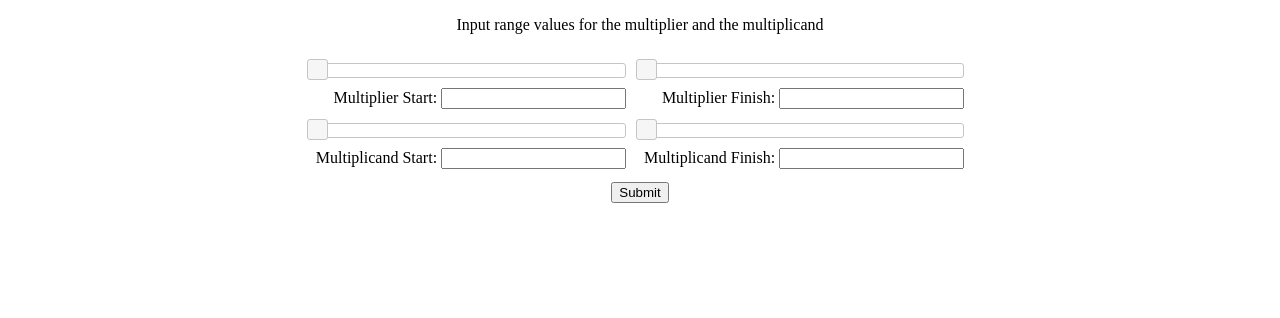
Repository: khrasna/HW4Part2
Page: index.html
The author's editor kept a copy of each file at every save. The page is drawn from the files as they stood at one save, then again after the next save.
The browser window is 1280 px wide. The pictures show the whole page.
Some web libraries are served in a nearby version.

Above is the page before, as saved 2021-11-13 16:27:24.

### index.html
<!-- HTML file for Assignment 3
By Karsten Hrasna  email Karsten_Hrasna@student.uml.edu-->
<!DOCTYPE html>
<html>

<head>
    <title>Multiplication Table</title>
    <link rel="stylesheet" href="style.css">
    <script src="https://ajax.googleapis.com/ajax/libs/jquery/3.5.1/jquery.min.js"></script>
    <script src="dist/jquery.validate.min.js"></script>
    <script src="formvalidate.js"></script>
    <script src="https://ajax.googleapis.com/ajax/libs/jqueryui/1.11.4/jquery-ui.min.js"></script>
    <link rel="stylesheet" href="https://ajax.googleapis.com/ajax/libs/jqueryui/1.11.4/themes/smoothness/jquery-ui.css">
</head>

<body>
    <p>Input range values for the multiplier and the multiplicand</p>
    <div id="container">
        <!-- Learned from W3schools. Creates a form which takes number ranges for multiplier and multiplicand. -->

        <form id="FormInput" action="javascript:void(0);" method="get"> <!--Learned about javascript:void(0) from Dutchie432 at https://stackoverflow.com/questions/1818249/form-with-no-action-and-where-enter-does-not-reload-page-->
            <table>
                <tr>

                    <td class="pad">
                        <div id="slider-1"></div>
                        Multiplier Start: <input input="text" name="MultiplierStart">
                    </td>

                    <td>
                        <div id="slider-2"></div>
                        Multiplier Finish: <input type="text" name="MultiplierFinish">
                    </td>
                </tr>
                <tr>
                    <td class="pad">
                        <div id="slider-3"></div>
                        Multiplicand Start: <input type="text" name="MultiplicandStart">
                    </td>

                    <td>
                        <div id="slider-4"></div>
                        Multiplicand Finish: <input type="text" name="MultiplicandFinish">
                    </td>
                </tr>
            </table>
            <input type="submit" value="Submit"> <!--goes directly under form and processes the input to create a mult table-->
        </form>
    </div>


</body>

</html>

### style.css
/*Created by Karsten Hrasna. email: Karsten_Hrasna@student.uml.edu*/
html,
body {
    height: 97%;
    text-align: center;
}

#slider-1,
#slider-2,
#slider-3,
#slider-4 {
    margin-bottom: 10px;
    margin-top: 10px;
}

div#container {
    display: grid;
    grid-template-columns: 100%;
    /* top row of grid holds the form for input, the rest of page holds the multiplication table*/
    grid-template-rows: minmax(90px, 15%) auto;
    height: 97%;

}

#multTable {
    margin: auto;
    border-collapse: separate;
    border-spacing: 0;
    grid-row: 2;
    /*the dynamically sized multiplication table */
    margin-top: 0px;
    border-bottom: 0px;

}

input[type=submit] {
    /* submit button under form spaced here */
    margin-top: 10px;
    margin-bottom: 0px;
}

#multTable td,
th {
    border: solid;
    border-color: black;
    min-width: 70px;
    font-size: 30px;
    height: 70px;
}


#multTable th {
    position: sticky;
    top: 0px;
    border-right: solid;
    border-right-color: white;
    border-bottom: solid;
    border-bottom-color: white;
    background-color: black;
    color: white;

}

#multTable th:first-child {
    position: sticky;
    top: 70px;
    left: 0;
}


.sticky {
    position: fixed;
    top: 0px;
    /* get the headers to stay fixed on mult table */
    width: 100%;
}

#multTable tr:first-child th:first-child {
    border: none;
    background-color: white;
}

#multTable p.inputError {
    margin: 0px;
}

form {
    grid-row: 1;
    margin-bottom: 0px;
}

table {
    margin-left: auto;
    margin-right: auto;
}

form td {
    text-align: right;
    justify-content: right;
    border: 20px;

    /*line up the input form textboxes*/
}

form p {
    margin: 0px;
}

td.pad {
    padding-right: 15px;
}

### formvalidate.js
$(function () {

    $("#slider-1").slider();
    $("#slider-2").slider();
    $("#slider-3").slider();
    $("#slider-4").slider();

    $.validator.addMethod("less", function (value, element, params) {
        return this.optional(element) || value <= params[0].value; //checks to make sure that the starts are less than the finishes, learned from
    });                                                           // https://jqueryvalidation.org/jQuery.validator.addMethod/

    var valid = $('input[value="Submit"]').on("click", function () {
        $("#multTable").remove();

        $("#FormInput").validate({
            onkeyup: false,     //this makes it so the validator doesnt update the error messages whenever new input is typed. only validates when submit is hit.
            onfocusout: false,  //learned about onkeyup, and onfocusout at https://www.sitepoint.com/jquery-validation-validate-form-submit/
            rules: {
                MultiplierStart: {
                    digits: true,
                    less: $('input[name="MultiplierFinish"]'),
                    required: true,
                    range: [-50, 50]
                },
                MultiplierFinish: {
                    required: true,
                    digits: true,
                    range: [-50, 50]
                },

                MultiplicandStart: {
                    digits: true,
                    less: $('input[name="MultiplicandFinish"]'),
                    required: true,
                    range: [-50, 50]
                },

                MultiplicandFinish: {
                    digits: true,
                    required: true,
                    range: [-50, 50]
                }
            },

            messages: {
                MultiplierStart: {
                    digits: "Multiplier Start must be a digit",
                    required: "Multiplier Start must be a digit between -50 and 50",
                    range: "The range of Multiplier Start must stay within -50 and 50",
                    less: "The value of Multiplier Start must be less than or equal to Multiplier Finish."
                },

                MultiplierFinish: {
                    digits: "Multiplier Finish must be a digit",
                    required: "Multiplier Finish must be a digit between -50 and 50",
                    range: "The range of Multiplier Finish must stay within -50 and 50",
                },

                MultiplicandStart: {
                    digits: "Multiplicand Start must be a digit",
                    required: "Multiplicand Start must be a digit between -50 and 50",
                    range: "The range of Multiplicand Start must stay within -50 and 50",
                    less: "The value of Multiplicand Start must be less than or equal to Multiplicand Finish."
                },

                MultiplicandFinish: {
                    digits: "Multiplicand Finish must be a digit",
                    required: "Multiplicand Finish must be a digit between -50 and 50",
                    range: "The range of Multiplicand Finish must stay within -50 and 50",
                }
            },

            errorPlacement: function (error, element) {
                $(error).appendTo($(('#FormInput')));
            },
            errorElement: "p"

        });

        if ($("#FormInput").valid()) {
            process();
        }

    });

});

function process() {
    debugger;
    var multStart = $('input[name="MultiplierStart"]').val();
    var multFinish = $('input[name="MultiplierFinish"]').val();
    var multiplicandStart = $('input[name="MultiplicandStart"]').val();
    var multiplicandFinish = $('input[name="MultiplicandFinish"]').val();


    if (document.getElementById("multTable")) { //remove old table
            var old = document.getElementById("multTable");
            old.remove();
    };

     //clear old table and create a table with size based on input given
        const top = [];
        const left = []; //these will hold the values of the multiplier and multiplicand
        var rows = multFinish - multStart;
        var cols = multiplicandFinish - multiplicandStart;
        var d = document.getElementById("container");
        for (var i = 0; i <= rows; i++) {
            left[i] = (+multiplicandStart + +i); //the + before variable name turns them into integers for addition
        }
        for (var i = 0; i <= cols; i++) {
            top[i] = (+multStart + +i);
        }
        var table = createTable(rows, cols, top, left); //create table based on total rows and cols, and top and left are the sets of multipliers and multiplicands
        table.id = "multTable";
        d.append(table);
}

function createTable(rows, cols, top, left) {
    var t = document.createElement('table');
    for (var x = 0; x <= rows + 1; x++) { // rows and cols + 1 to indicate ranges of numbers
        var r = document.createElement('tr');
        t.appendChild(r);
        for (var y = 0; y <= cols + 1; y++) {   //creates the cols of the table row by row
            if (x == 0) {
                var c = document.createElement('th'); //create and insert element based on position in table
                c.id = "topHeader";
                if (y != 0) {
                    c.innerHTML = top[y - 1]; // - 1 because it is moved over 1 to the right
                }
            } else if (y == 0) {
                var c = document.createElement('th');
                if (x != 0) {
                    c.innerHTML = left[x - 1];
                }
            } else {
                var c = document.createElement('td');
                c.innerHTML = top[y - 1] * left[x - 1];
                if (((y % 2) + (x % 2)) == 0 || ((y % 2) + (x % 2)) == 2) { // checker board effect
                    c.style.backgroundColor = "gray";
                }

            }
            r.appendChild(c);
        }
    }

    return t;
}

Loaded but not shown: dist/jquery.validate.min.js (library)

After the next save:
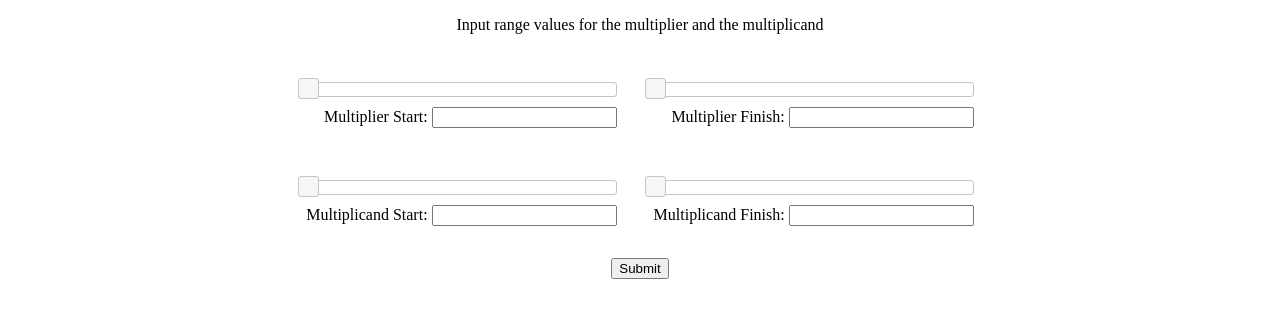
Saved 4 s later.
--- a/style.css
+++ b/style.css
@@ -97,7 +97,7 @@ table {
 form td {
     text-align: right;
     justify-content: right;
-    border: 20px;
+    padding: 20px;
 
     /*line up the input form textboxes*/
 }
